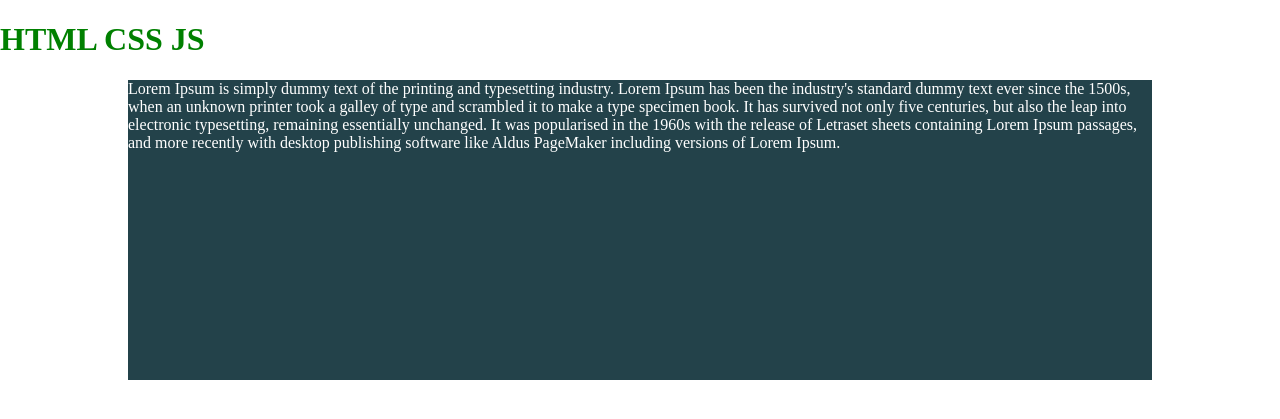
Repository: ufanodev/responsive-1
Page: index.html
These files come from the project's save history. The page is drawn as it stood at one moment and after the next save; the edit follows.
The browser window is 1280 px wide. The pictures show the whole page.

Above is the page before, as saved 2022-12-10 10:46:01.
Not found: js/app.js

### index.html
<!DOCTYPE html>
<html lang="en">
  <head>
    <meta charset="UTF-8">
    <meta name="viewport" content="width=device-width, initial-scale=1.0">
    <meta http-equiv="X-UA-Compatible" content="ie=edge">
    <title>HTML Responsive</title>
    <link rel="stylesheet" href="./css/style.css">
  </head>
  <header>
    <h1>HTML CSS JS</h1>
  </header>
  <body>
    <div class="container">
          Lorem Ipsum is simply dummy text of the printing and typesetting industry. Lorem Ipsum has been the industry's standard dummy text ever since the 1500s, when an unknown printer took a galley of type and scrambled it to make a type specimen book. It has survived not only five centuries, but also the leap into electronic typesetting, remaining essentially unchanged. It was popularised in the 1960s with the release of Letraset sheets containing Lorem Ipsum passages, and more recently with desktop publishing software like Aldus PageMaker including versions of Lorem Ipsum.
    </div>
	<script src="./js/app.js"></script>
  </body>
</html>

### css/style.css
* { box-sizing: border-box;}

body{
    margin: 0;
}

h1{
    color: green;
}

.container{
    background: #23424A;
    color: white;
    width: 80%;
    margin: 0 auto;
    height: 300px;
}

After the next save:
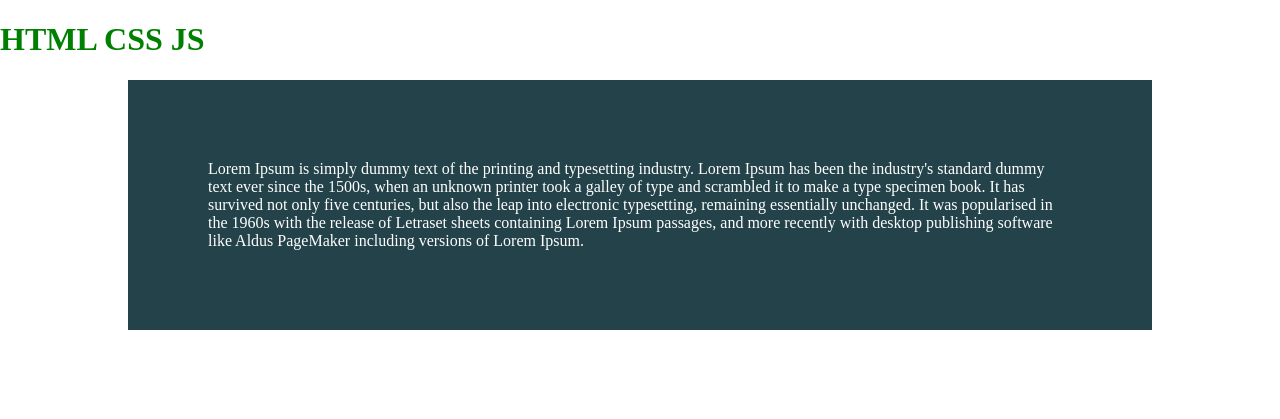
Saved 3 min 1 s later.
--- a/css/style.css
+++ b/css/style.css
@@ -13,5 +13,6 @@ h1{
     color: white;
     width: 80%;
     margin: 0 auto;
-    height: 300px;
+    /* height: 300px;*/
+    padding: 5em;
 }
